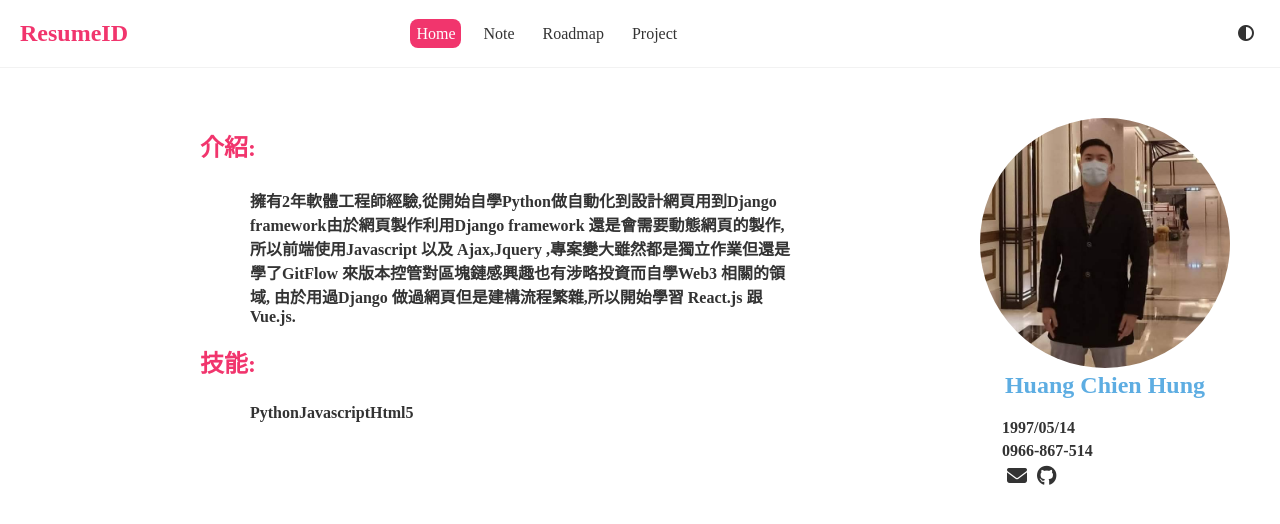
Repository: leo-play-code/ResumeID
Page: /
An editor plug-in stored every save of this project. The page is shown before and after the next save, followed by the edit.
The browser window is 1280 px wide. The pictures show the whole page.
Some web libraries are served in a nearby version. The project was rebuilt for these pictures with package versions that can differ from the ones it lists, and the page was loaded fresh each time. Also part of the build but not shown: src/Note/Note.js, src/Roadmap/Roadmap.js, src/Project/Project.js.

Above is the page before, as saved 2022-10-18 15:22:40.

After the next save:
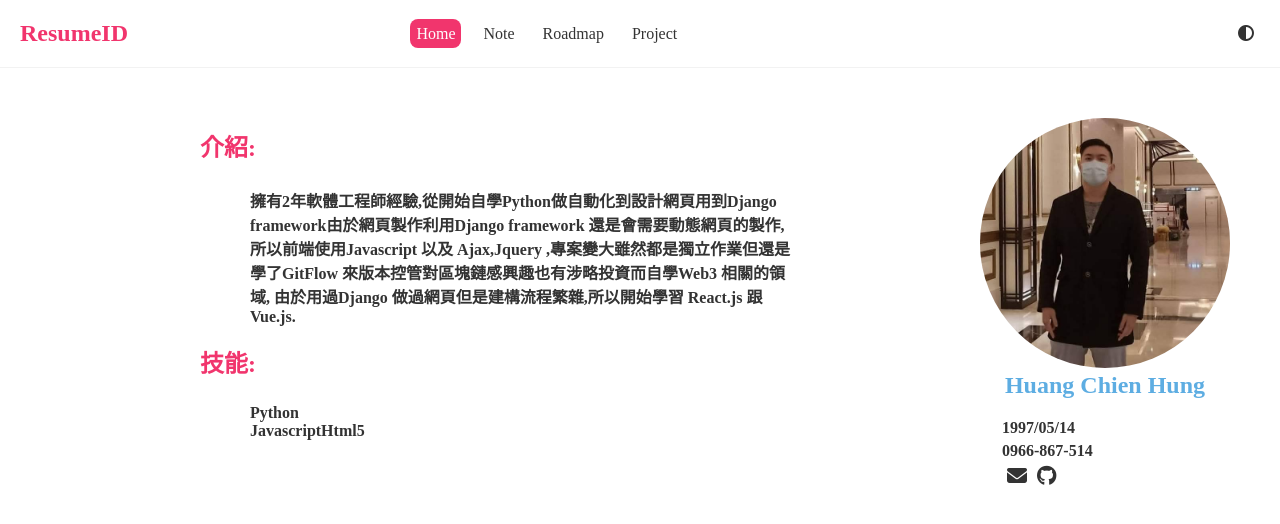
Saved 4 s later.
--- a/src/Home/Home.js
+++ b/src/Home/Home.js
@@ -16,7 +16,7 @@ function Home(){
                     <br />
                     <h2 className='context-title'>技能:</h2>
                     <div className='context'>
-                        <div></div><b>Python</b>
+                        <div><b>Python</b> </div>
                         <b>Javascript</b>
                         <b>Html5</b>
                     </div>
